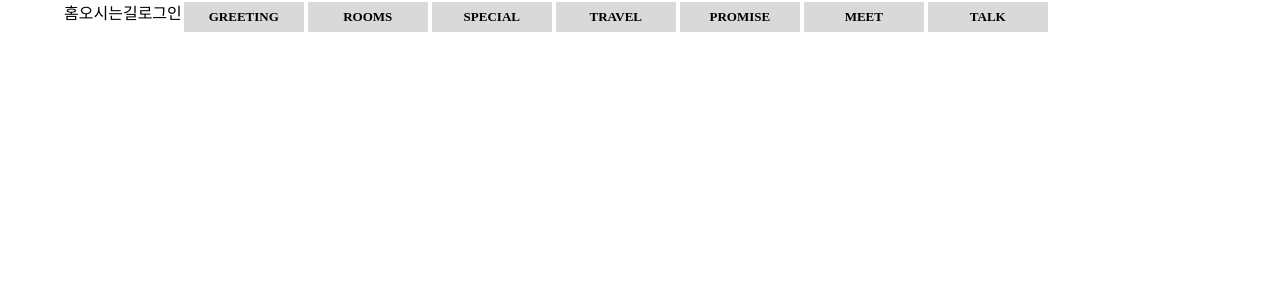
Repository: hojohe/bit-java
Page: 07_css/WebContent/99_exam/exam03.html
The author's editor kept a copy of each file at every save. The page is drawn from the files as they stood at one save, then again after the next save.
The browser window is 1280 px wide. The pictures show the whole page.

Above is the page before, as saved 2017-01-25 05:47:37.

### 07_css/WebContent/99_exam/exam03.html
<!DOCTYPE html>
<html>
<head>
<meta charset="EUC-KR">
<title>Insert title here</title>
<link rel="stylesheet" style="text/css" href="exam03.css" />
</head>
<body>
	<div class="container">
		<ul class="headerLnb">
			<li>
				<a>홈</a>
			</li>
			<li>
				<a>오시는길</a>
			</li>
			<li>
				<a>로그인</a>
			</li>
		</ul>

		<ul class="mainLnb">
			<li><a>GREETING</a>
				<ul>
					<li><a>인사말</a></li>
					<li><a>주변풍경</a></li>
				</ul>
			</li>
			<li><a>ROOMS</a>
				<ul>
					<li><a>은하수</a></li>
					<li><a>별똥별</a></li>
				</ul>
			</li>
			<li><a>SPECIAL</a>
				<ul>
					<li><a>스파즐기기</a></li>
					<li><a>바베큐파티</a></li>
				</ul>
			</li>
			<li><a>TRAVEL</a>
				<ul>
					<li><a>아침고요수목원</a></li>
					<li><a>소인국</a></li>
				</ul>
			</li>
			<li><a>PROMISE</a>
				<ul>
					<li><a>예약/객실요</a></li>
					<li><a>실시간예약하기</a></li>
				</ul>
			</li>
			<li><a>MEET</a>
				<ul>
					<li><a>교통정보</a></li>
					<li><a>약도</a></li>
				</ul>
			</li>
			<li><a>TALK</a>
				<ul>
					<li><a>공지사항</a></li>
					<li><a>여행후기</a></li>
				</ul>
			</li>
		</ul>
	</div>
</body>
</html>

### 07_css/WebContent/99_exam/exam03.css
@CHARSET "EUC-KR";

* { margin: 0px; padding: 0px; }
.container {
	width: 90%;
	margin: 0 auto;
	background: rgba(255,0,0,0.3);
}

a {	text-decoration: none; transition: .7s; }

li { list-style: none; }

ul.headerLnb { width:100%; margin: 0 auto; }
ul.headerLnb > li { float:left; }
ul.mainLnb { width:960px;  margin: 0 auto; }

ul.mainLnb:FIRST-CHILD { clear: both; }
ul.mainLnb > li { float: left; }
ul.mainLnb a {
	background: #d9d9d9;
	width: 120px;
	height: 30px;
	display: block;
	font-size: 13px;
	font-weight: bold;
	line-height: 30px;
}

ul.mainLnb > li > a { text-align: center; margin: 2px;}

ul.mainLnb > li:hover > a {
	background: #489df2;
	color: #fff;
}

ul.mainLnb > li > ul {
	display: none;
}

ul.mainLnb > li:hover > ul {
	display:block;
}

ul.mainLnb > li > ul > li > a {
	margin-left: 2px;
	padding-left: 5px;
	box-sizing: border-box;
}

ul.mainLnb > li > ul > li > a:hover {
	background: #444;
	color: white;
}

After the next save:
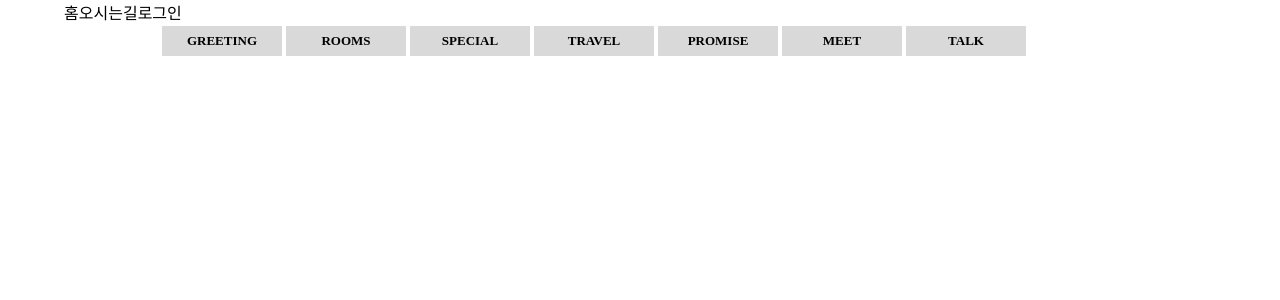
Saved 19 s later.
--- a/07_css/WebContent/99_exam/exam03.css
+++ b/07_css/WebContent/99_exam/exam03.css
@@ -15,7 +15,7 @@ ul.headerLnb { width:100%; margin: 0 auto; }
 ul.headerLnb > li { float:left; }
 ul.mainLnb { width:960px;  margin: 0 auto; }
 
-ul.mainLnb:FIRST-CHILD { clear: both; }
+ul.mainLnb>li:FIRST-CHILD { clear: both; }
 ul.mainLnb > li { float: left; }
 ul.mainLnb a {
 	background: #d9d9d9;
